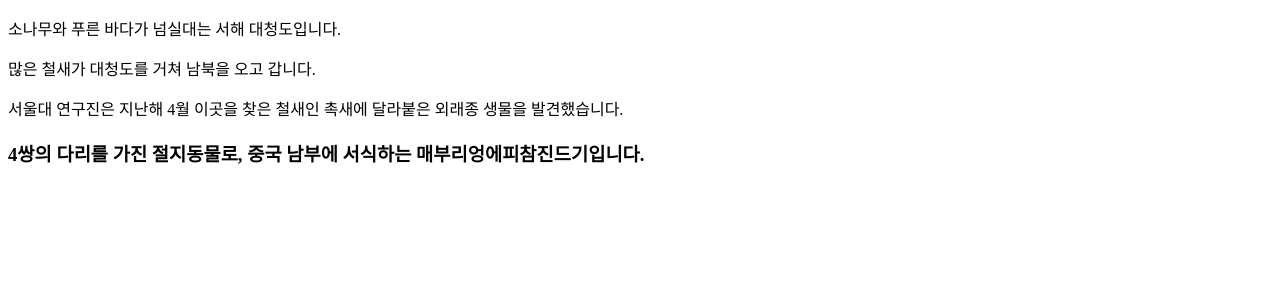
Repository: suhong99/JqueryLecture
Page: sample01/src/main/webapp/index.html
An editor plug-in stored every save of this project. The page is shown before and after the next save, followed by the edit.
The browser window is 1280 px wide. The pictures show the whole page.

Above is the page before, as saved 2023-06-26 01:27:20.

After the next save:
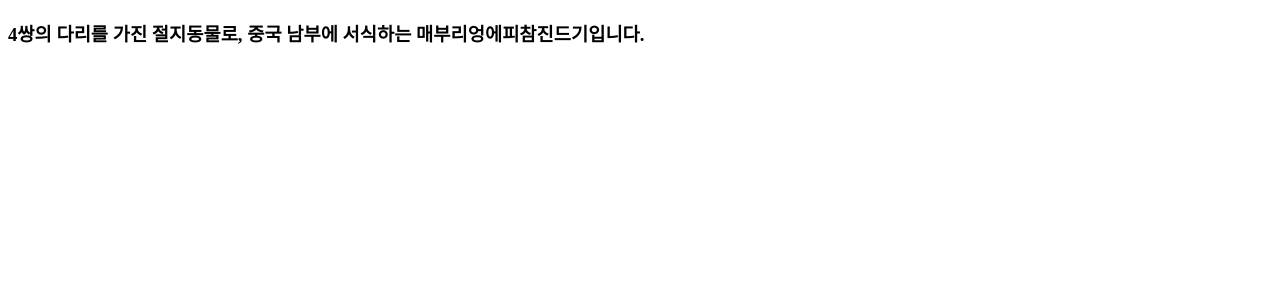
Saved 71 s later.
--- a/sample01/src/main/webapp/index.html
+++ b/sample01/src/main/webapp/index.html
@@ -28,6 +28,10 @@
 
 <script type="text/javascript">
 	let arrPtag= document.getElementsByTagName("p");
+	for(i=0;i<arrPtag.length;i++){
+		arrPtag[i].innerHTML = "";
+	}
+
 </script>
 </body>
 </html>
